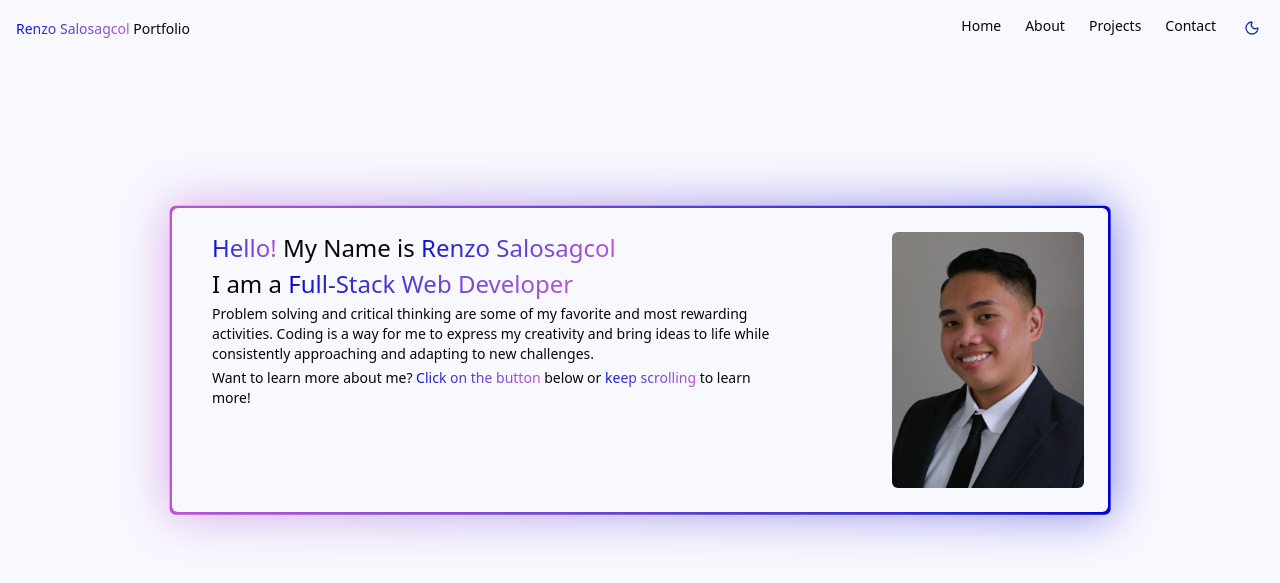
Repository: Renzo-Salosagcol/Updated_Personal_Portfolio
Page: /
These files come from the project's save history. The page is drawn as it stood at one moment and after the next save; the edit follows.
The browser window is 1280 px wide. The pictures show the whole page.
The project was rebuilt for these pictures with package versions that can differ from the ones it lists, and the page was loaded fresh each time. Also part of the build but not shown: vite.config.js, src/pages/NotFound.jsx.

Above is the page before, as saved 2025-10-09 21:06:30.

### index.html
<!doctype html>
<html lang="en">
  <head>
    <meta charset="UTF-8" />
    <link rel="icon" type="image/svg+xml" href="/vite.svg" />
    <meta name="viewport" content="width=device-width, initial-scale=1.0" />
    <title>updated-personal-portfolio</title>
  </head>
  <body>
    <div id="root"></div>
    <script type="module" src="/src/main.jsx"></script>
  </body>
</html>

### src/index.css
@import "tailwindcss";

@theme {
  --color-background: var(--background);
  --color-foreground: var(--foreground);

  --color-primary: var(--primary);
  --color-secondary: var(--secondary);

  --animate-fade-in: fade-in 1s ease-in forwards;
}

@layer base {
  /* Light Theme */
  :root {
    --background: #f8f8ff; /* Ghost White */
    --foreground: #080808; /* Vampire Black */

    --primary: #0000cd; /* Medium Blue */
    --secondary: #ba55d3; /* Medium Orchid */
  }

  /* Dark Theme */
  .dark {
    --background: #080808; /* Vampire Black */
    --foreground: #f8f8ff; /* Ghost White */

    --primary: #ff0800; /* Candy Apple Red */
    --secondary: #fefc22; /* Laser Lemon */
  }

  html {
    @apply scroll-smooth;
  }

  body {
    @apply bg-background text-foreground transition-colors duration-300;
  }
}

@property --gradient-angle {
  syntax: "<angle>";
  initial-value: 0deg;
  inherits: false;
}

@keyframes spin {
  from {
    --gradient-angle: 0deg;
  }
  to {
    --gradient-angle: 360deg;
  }
}

@keyframes fade-in {
  0% {
    opacity: 0;
    transform: translateY(20px);
  }
  100% {
    opacity: 1;
    transform: translateY(0);
  }
}

@utility container {
  margin-inline: auto;
  padding-inline: 1rem;
}

@utility after-gradient-border {
  @apply absolute h-[101.5%] w-[100.5%] top-1/2 left-1/2 -translate-x-1/2 -translate-y-1/2 rounded-md -z-10 bg-gradient-to-l from-primary to-secondary;
  content: '';
  /* animation: 3s spin linear infinite; */
}

@utility before-gradient-border {
  @apply after-gradient-border;
  filter: blur(1.5rem);
  opacity: 0.5;
}

@utility gradient-text {
  @apply text-transparent bg-clip-text bg-gradient-to-r from-primary to-secondary transition-colors duration-300;
}

@utility gradient-button {
  @apply flex justify-center items-center rounded-full py-[1em] px-[2em] bg-gradient-to-l from-primary to-secondary hover:cursor-pointer;
}

@utility gradient-button-inner {
  @apply flex h-full w-full items-center justify-center rounded-full bg-background gradient-text z-10
}

@utility gradient-border {
  @apply after:after-gradient-border before:before-gradient-border
}

@utility glassmorphism {
  @apply bg-background/30 backdrop-blur-lg
}

### src/App.jsx
import { BrowserRouter, Routes, Route } from "react-router-dom"
import { Home } from "./pages/Home"
import { NotFound } from "./pages/NotFound"

function App() {
  return (
    <BrowserRouter>
      <Routes>
        <Route path="/" element={<Home />} />
        <Route path="*" element={<NotFound />} />
      </Routes>
    </BrowserRouter>
  )
}

export default App

### src/pages/Home.jsx
import { Background } from "../components/Background"
import { Navbar } from "../components/Navbar"
import { Hero } from "../components/Hero"

export const Home = () => {
  return (
    <div id="home" className="w-full h-screen">
      {/* Background */}
      <Background />


      {/* Navbar */}
      <Navbar />

      {/* Main */}
      <Hero />

      {/* Footer */}
    </div>
  )
}

### src/components/Background.jsx


export const Background = () => {
  return (
    <div className="fixed inset-0 overflow-hidden pointer-events-none -z-40 bg-background w-screen h-screen">
    </div>
  )
}

### src/components/Navbar.jsx
import { ThemeToggle } from './ThemeToggle'

const items = [
  { name: 'Home', href: '#home' },
  { name: 'About', href: '#about' },
  { name: 'Projects', href: '#projects' },
  { name: 'Contact', href: '#contact' },
]

export const Navbar = () => {
  return (
    <nav className="fixed top-0 left-0 w-full p-2 flex items-center justify-between glassmorphism z-40 text-sm md:text-md text-foreground">
      <a href="#home" className="p-2"><span className="gradient-text">Renzo Salosagcol</span> Portfolio</a>
      <ul className="flex gap-6 p-2">
        {items.map(item => (
          <li key={item.name}
            className="hover:gradient-text transition-all duration-300 relative">
            <a href={item.href}>{item.name}</a>
          </li>
        ))}
        <li><ThemeToggle /></li>
      </ul>
    </nav>
  )
}

### src/components/Hero.jsx
import GradientButton from "./GradientButton";

export const Hero = () => {
  return (
    <main className="relative min-h-screen flex items-center justify-center max-w-10/12 rounded-md container z-0">
      <div className="z-0 relative gradient-border opacity-0 animate-fade-in">
        <div className="w-full h-full relative container flex flex-cols md:flex-rows justify-between gap-6 rounded-md p-6 bg-background">
          <div className="container flex flex-col gap-1">
            <h1 className="text-lg md:text-xl lg:text-2xl">
              <span className="gradient-text">Hello! </span>
              My Name is
              <span className="gradient-text"> Renzo Salosagcol</span>
            </h1>
            <h1 className="text-lg md:text-xl lg:text-2xl">I am a <span className="gradient-text">Full-Stack Web Developer</span></h1>
            <h3 className="w-md md:w-lg lg:w-xl text-sm">Problem solving and critical thinking are some of my favorite and most rewarding activities. Coding is a way for me to express my creativity and bring ideas to life while consistently approaching and adapting to new challenges.</h3>
            <h3 className="w-md md:w-lg lg:w-xl text-sm">Want to learn more about me?
              <span className="gradient-text"> Click on the button</span> below or
              <span className="gradient-text"> keep scrolling</span> to learn more!
            </h3>
            <a
              href="#about"
              className="relative"
            >
              {/* <GradientButton content="Learn more..." /> */}
            </a>
          </div>
          <div>
            <img
            src="../../headshot.jpeg"
            alt="Headshot Photo"
            className="rounded-md w-64 h-64 object-cover"
            />
          </div>
      </div>
      </div>
    </main>
  )
}

### src/components/ThemeToggle.jsx
import { useState, useEffect } from "react"
import { Sun, Moon } from "lucide-react"

export const ThemeToggle = () => {
  const [isDark, setIsDark] = useState(false)

  useEffect(() => {
    const theme = localStorage.getItem("theme")
    if (theme) {
      setIsDark(theme === "dark")
      document.documentElement.classList.toggle("dark", theme === "dark")
    }
  }, [])

  const toggleTheme = () => {
    setIsDark(!isDark)
    document.documentElement.classList.toggle("dark", !isDark)
    localStorage.setItem("theme", !isDark ? "dark" : "light")
  }

  return (
    <button
      onClick={toggleTheme}
      className="max-sm:hidden p-1 z-50 rounded-full transition-color duration-300 focus:outline-hidden hover:cursor-pointer"
    >
      {isDark ? (
        <Sun className="h-4 w-4 text-yellow-300" />
      ) : (
        <Moon className="h-4 w-4 text-blue-900" />
      )}
    </button>

  )
}

### src/components/GradientButton.jsx
import React from "react";
import { props } from "react";

function GradientButton(props) {
  return (
    <button className="gradient-button">
      <div className="gradient-button-inner">
        {props.content}
      </div>
    </button>
  )
}

export default GradientButton;

Loaded but not shown: src/main.jsx (common file)

After the next save:
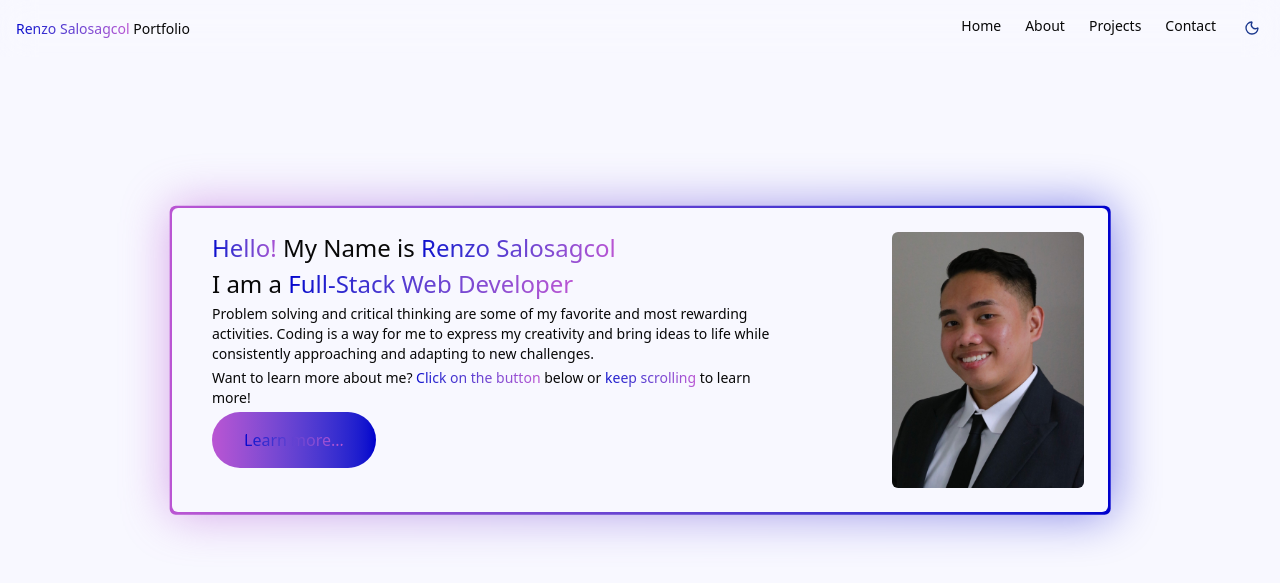
Saved 7 s later.
--- a/src/components/Hero.jsx
+++ b/src/components/Hero.jsx
@@ -21,7 +21,7 @@ export const Hero = () => {
               href="#about"
               className="relative"
             >
-              {/* <GradientButton content="Learn more..." /> */}
+              <GradientButton content="Learn more..." />
             </a>
           </div>
           <div>
